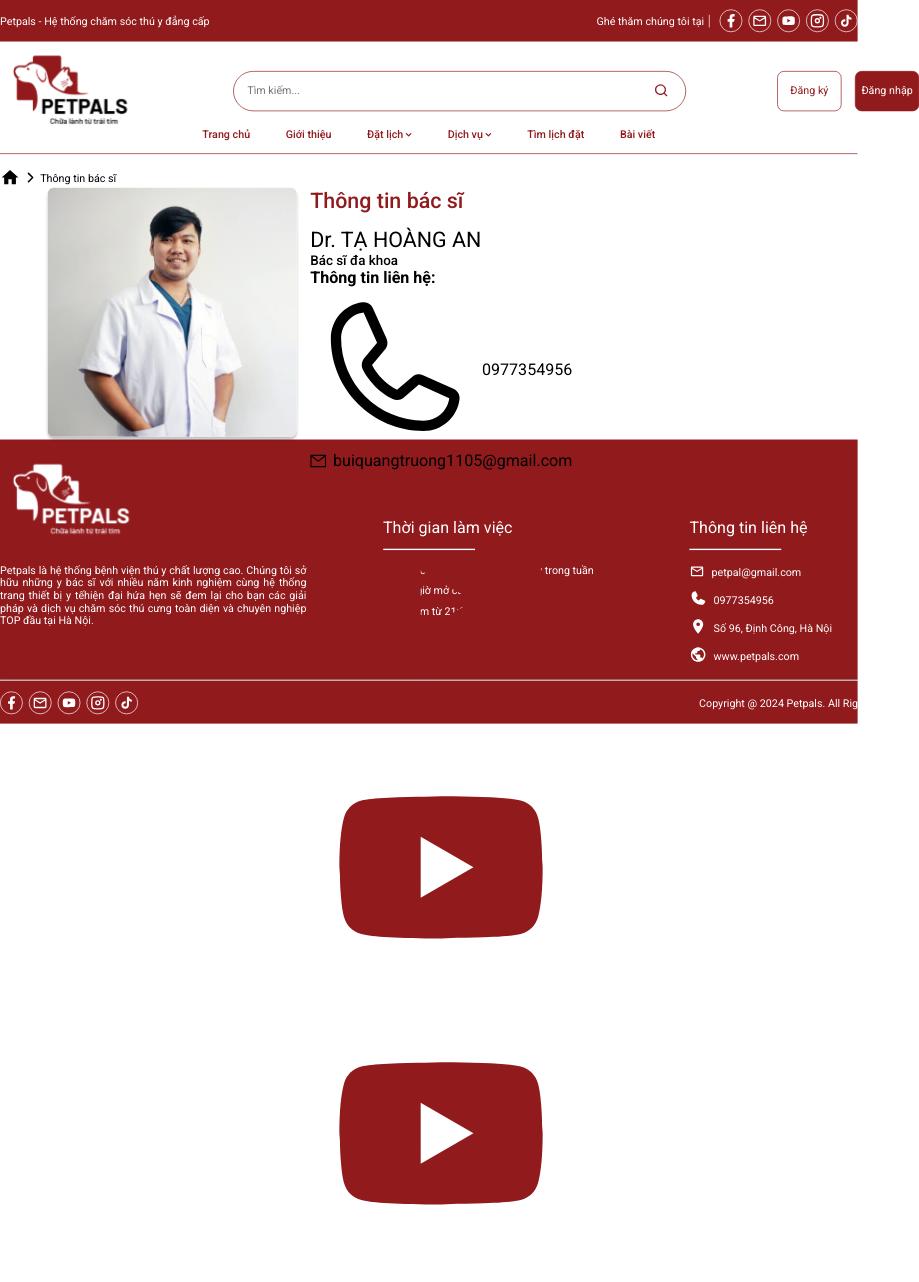
Repository: ahntrung1909/Petpals
Page: /chi-tiet-bac-si (app in petpals-user-main/)
An editor plug-in stored every save of this project. The page is shown before and after the next save, followed by the edit.
The browser window is 1280 px wide. The page is 1372 px wide, so the pictures cover 1372 px, including what lies to the right of the window. The pictures show the whole page, at 67% of full size.
The project was rebuilt for these pictures with package versions that can differ from the ones it lists, and the page was loaded fresh each time. The framework's server and built-in components were replaced by stand-ins that run in the browser. Also part of the build but not shown: petpals-user-main/next.config.js, petpals-user-main/next.config.mjs.

Above is the page before, as saved 2024-04-14 13:09:25.

After the next save:
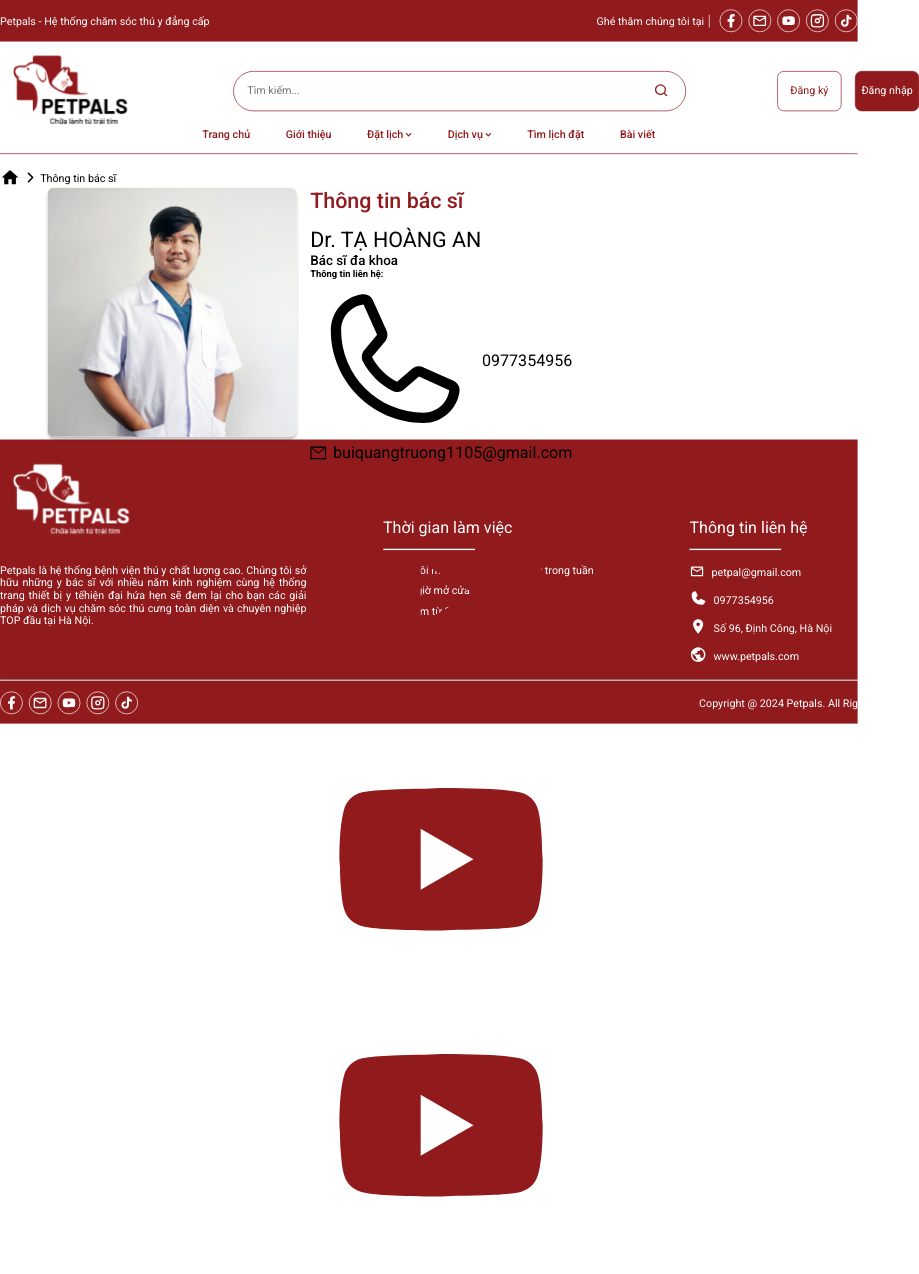
Saved 39 s later.
--- a/petpals-user-main/src/app/chi-tiet-bac-si/style.scss
+++ b/petpals-user-main/src/app/chi-tiet-bac-si/style.scss
@@ -38,5 +38,10 @@
         font-weight: 500;
       }
     }
+    .contact-info {
+      h4 {
+        font-size: 14px;
+      }
+    }
   }
 }
